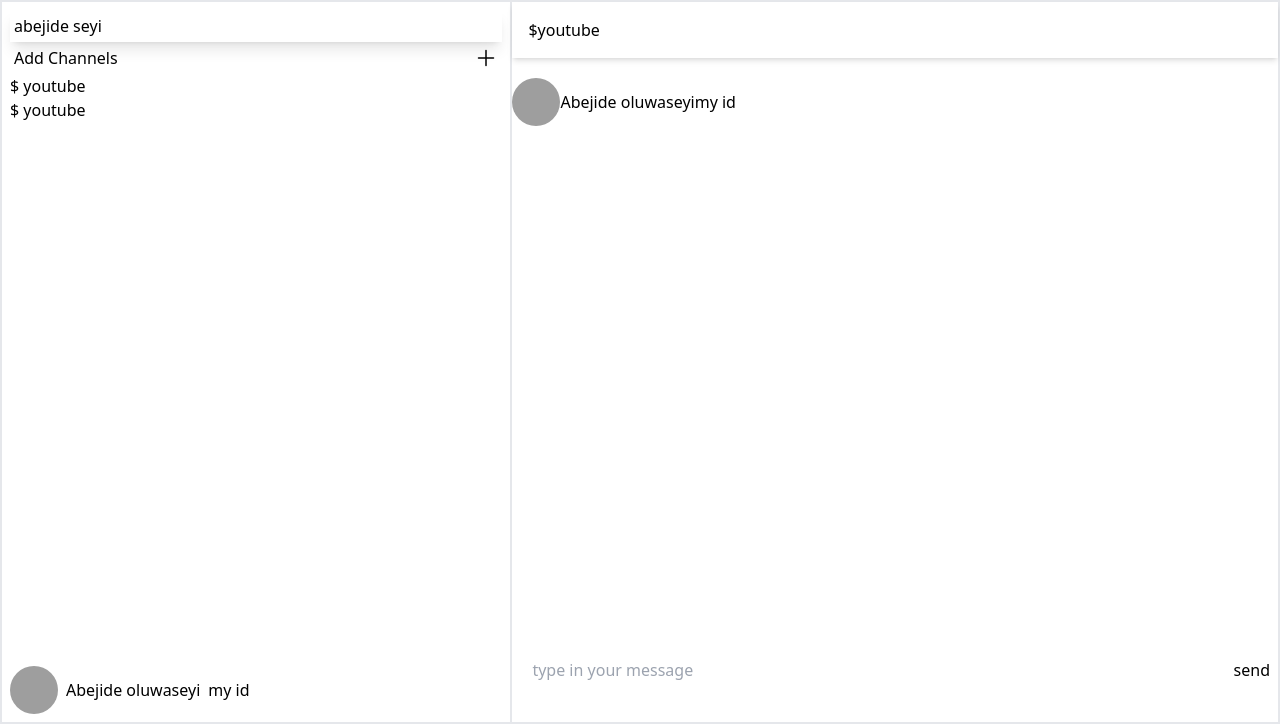
Repository: Semanmernstack/chat-mini
Page: /
An editor plug-in stored every save of this project. The page is shown before and after the next save, followed by the edit.
The browser window is 1280 px wide. The pictures show the whole page.
Pictures or frames that could not be fetched are drawn as grey boxes. The project was rebuilt for these pictures with package versions that can differ from the ones it lists, and the page was loaded fresh each time. Also part of the build but not shown: src/features/counter/Counter.module.css, src/features/counter/Counter.js.

Above is the page before, as saved 2022-11-14 08:08:43.

### src/App.js
import React from 'react';
import logo from './logo.svg';
import { Counter } from './features/counter/Counter';
import Sidebar from './Sidebar';
import Body from './Body';


function App() {
  return (

    <div className="flex     max-w-screen-xl mx-auto border-2">


      <div className=" flex-[0.4] h-screen ">
        <Sidebar/>
      </div>
      <div className=" flex-[0.6] h-screen">
        <Body/>
      </div>
    </div>
  );
}

export default App;

### src/features/counter/counterSlice.js
import { createAsyncThunk, createSlice } from '@reduxjs/toolkit';
import { fetchCount } from './counterAPI';

const initialState = {
  value: 0,
  status: 'idle',
};

// The function below is called a thunk and allows us to perform async logic. It
// can be dispatched like a regular action: `dispatch(incrementAsync(10))`. This
// will call the thunk with the `dispatch` function as the first argument. Async
// code can then be executed and other actions can be dispatched. Thunks are
// typically used to make async requests.
export const incrementAsync = createAsyncThunk(
  'counter/fetchCount',
  async (amount) => {
    const response = await fetchCount(amount);
    // The value we return becomes the `fulfilled` action payload
    return response.data;
  }
);

export const counterSlice = createSlice({
  name: 'counter',
  initialState,
  // The `reducers` field lets us define reducers and generate associated actions
  reducers: {
    increment: (state) => {
      // Redux Toolkit allows us to write "mutating" logic in reducers. It
      // doesn't actually mutate the state because it uses the Immer library,
      // which detects changes to a "draft state" and produces a brand new
      // immutable state based off those changes
      state.value += 1;
    },
    decrement: (state) => {
      state.value -= 1;
    },
    // Use the PayloadAction type to declare the contents of `action.payload`
    incrementByAmount: (state, action) => {
      state.value += action.payload;
    },
  },
  // The `extraReducers` field lets the slice handle actions defined elsewhere,
  // including actions generated by createAsyncThunk or in other slices.
  extraReducers: (builder) => {
    builder
      .addCase(incrementAsync.pending, (state) => {
        state.status = 'loading';
      })
      .addCase(incrementAsync.fulfilled, (state, action) => {
        state.status = 'idle';
        state.value += action.payload;
      });
  },
});

export const { increment, decrement, incrementByAmount } = counterSlice.actions;

// The function below is called a selector and allows us to select a value from
// the state. Selectors can also be defined inline where they're used instead of
// in the slice file. For example: `useSelector((state: RootState) => state.counter.value)`
export const selectCount = (state) => state.counter.value;

// We can also write thunks by hand, which may contain both sync and async logic.
// Here's an example of conditionally dispatching actions based on current state.
export const incrementIfOdd = (amount) => (dispatch, getState) => {
  const currentValue = selectCount(getState());
  if (currentValue % 2 === 1) {
    dispatch(incrementByAmount(amount));
  }
};

export default counterSlice.reducer;

### src/Sidebar.js
import React from 'react'
import Sidebarlist from './app/Sidebarlist'

function Sidebar() {
  return (
    <div className="flex flex-col h-screen  border-r-2 p-2 mb-4">
        <div className="flex-1"  >
        <div className="shadow-lg p-1">
            <h1>abejide seyi</h1>
        </div>
        <div  className="flex p-1   items-center justify-between">
           <h1>Add Channels</h1>
           <svg xmlns="http://www.w3.org/2000/svg" fill="none" viewBox="0 0 24 24" strokeWidth={1.5} stroke="currentColor" className="w-6 h-6">
                <path strokeLinecap="round" strokeLinejoin="round" d="M12 4.5v15m7.5-7.5h-15" />
            </svg>
        </div>
        <div  >
        <Sidebarlist/>
        <Sidebarlist/>


        </div>


        </div>
        <div className=" flex items-center space-x-2">
            <img className="h-12 w-12 rounded-full"   src="https://cdn.pixabay.com/photo/2022/10/17/15/55/meditate-7528123__340.jpg" alt="img" />
            <h3>Abejide oluwaseyi</h3>
            <span>my id</span>
        </div>


    </div>
  )
}

export default Sidebar

### src/Body.js
import React from 'react'
import BodyHeader from './BodyHeader'
import Message from './Message'

function Body() {
  return (
    <div className="flex flex-col h-screen  ">
        <div className="flex-1 ">
        <BodyHeader/>
        <div >
            <Message/>
        </div>
        </div>
        <div className="mb-5">
        <form className=" flex p-2 space-x-2 ">
            <input className="flex-1 w-[100%] outline-none p-3 border-none" type="text" placeholder='type in your message' />
            <button>send</button>
        </form>
        </div>
    </div>
  )
}

export default Body

### src/app/Sidebarlist.js
import React from 'react'

function Sidebarlist() {
  return (
    <div className="flex items-center justify-between">
        <h2>
         $   <span>youtube</span>
        </h2>
    </div>
  )
}

export default Sidebarlist

### src/BodyHeader.js
import React from 'react'

function BodyHeader() {
  return (
    <div className=" shadow-md mb-5   p-4">


            <h1 >$youtube</h1>





    </div>
  )
}

export default BodyHeader

### src/Message.js
import React from 'react'

function Message() {
  return (
    <div className=" flex items-center  ">
            <img className="h-12 w-12 rounded-full"   src="https://cdn.pixabay.com/photo/2022/10/17/15/55/meditate-7528123__340.jpg" alt="img" />
            <h3>Abejide oluwaseyi</h3>
            <span>my id</span>
        </div>
  )
}

export default Message

Loaded but not shown: public/index.html (common file); src/index.js (common file); src/app/store.js (common file); src/reportWebVitals.js (common file); src/index.css (common file); src/features/counter/counterAPI.js (common file); tailwind.config.js (common file)

After the next save:
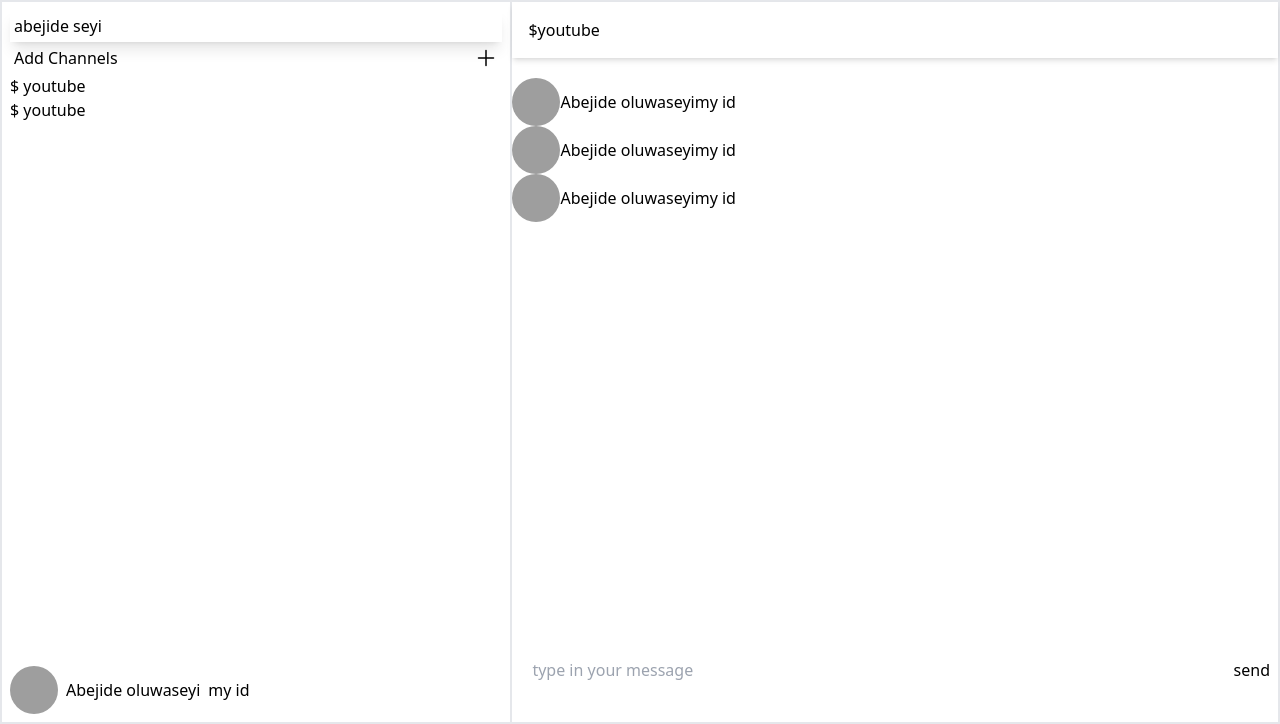
Saved 33 s later.
--- a/src/Body.js
+++ b/src/Body.js
@@ -8,6 +8,8 @@ function Body() {
         <div className="flex-1 ">
         <BodyHeader/>
         <div >
+            <Message/>
+            <Message/>
             <Message/>
         </div>
         </div>
